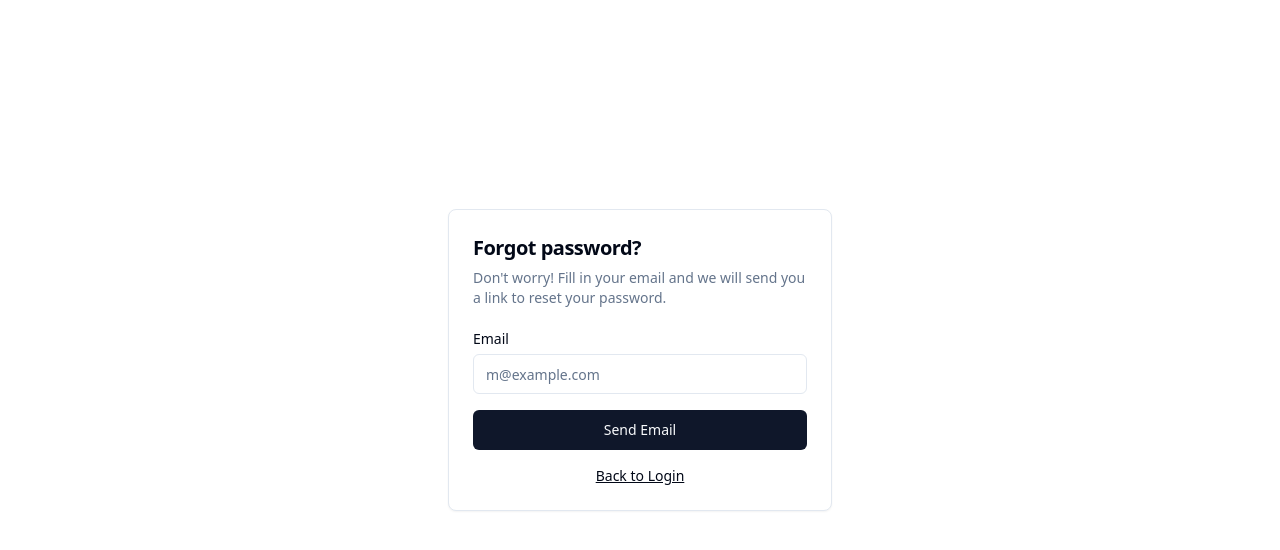
Repository: ifeanyidavid/yabta
Page: /forgot-password (app in frontend/)
These files come from the project's save history. The page is drawn as it stood at one moment and after the next save; the edit follows.
The browser window is 1280 px wide. The pictures show the whole page.
The project was rebuilt for these pictures with package versions that can differ from the ones it lists, and the page was loaded fresh each time. Also part of the build but not shown: frontend/vite.config.ts, frontend/src/components/login-form.tsx, frontend/src/pages/Login/index.tsx, frontend/src/routes/root.tsx, frontend/src/routes/dashboard.tsx, frontend/src/components/register-form.tsx, frontend/src/pages/Register/index.tsx, frontend/src/routes/register.tsx.

Above is the page before, as saved 2024-07-13 00:34:10.

After the next save:
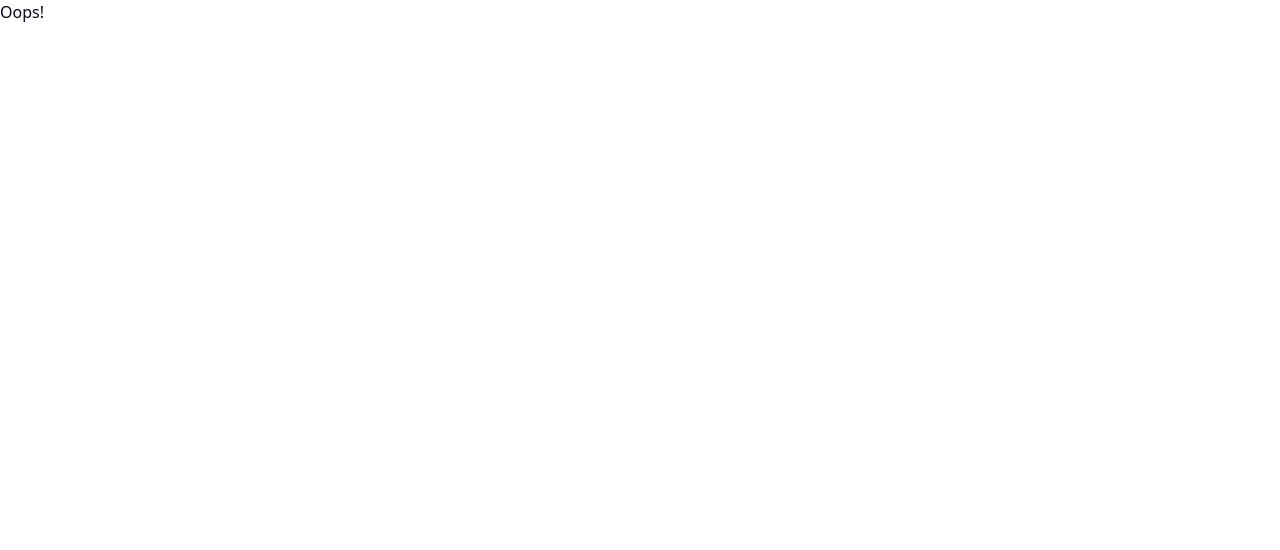
Console error: ReferenceError: useLinkClickHandler is not defined
Saved 117 min 43 s later.
--- a/frontend/src/components/forgot-password-form.tsx
+++ b/frontend/src/components/forgot-password-form.tsx
@@ -8,7 +8,6 @@ import {
 import { Label } from "@/components/ui/label";
 import { Input } from "@/components/ui/input";
 import { Button } from "@/components/ui/button";
-import { useLinkClickHandler, NavLink } from "react-router-dom";
 
 export function ForgotPasswordForm() {
   const navigateToDashboard = useLinkClickHandler("/dashboard");

After the 2 saves that followed:
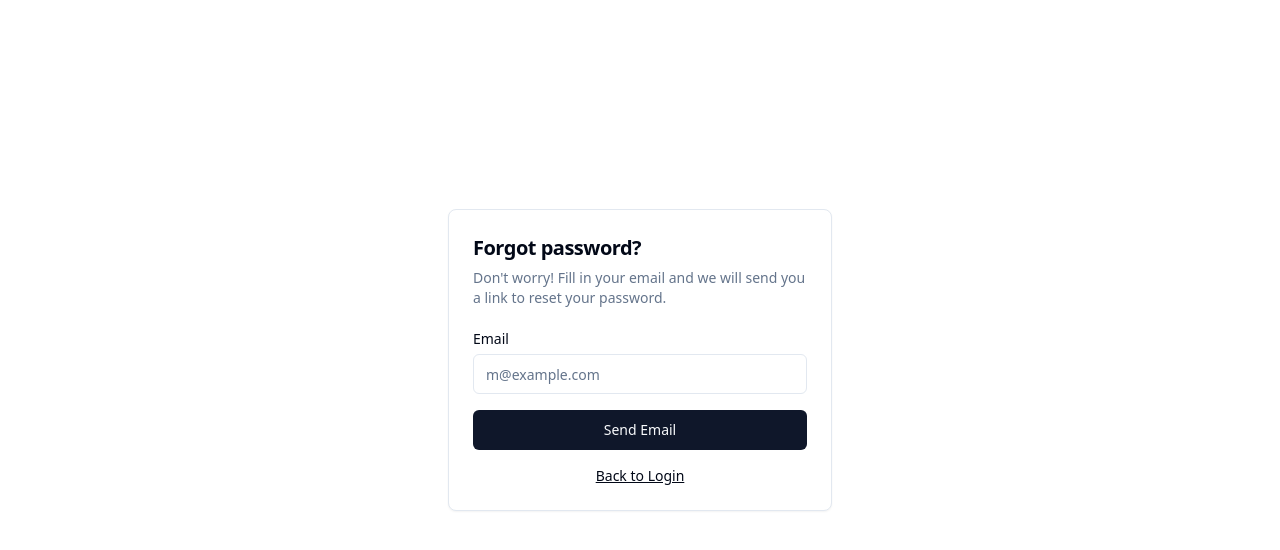
The error is gone.
The 2 saves are shown as one change because 1 left the picture as it was.
The last was saved 3 s later.
--- a/frontend/src/components/forgot-password-form.tsx
+++ b/frontend/src/components/forgot-password-form.tsx
@@ -1,3 +1,4 @@
+import { useLinkClickHandler, NavLink } from "react-router-dom";
 import {
   Card,
   CardHeader,
